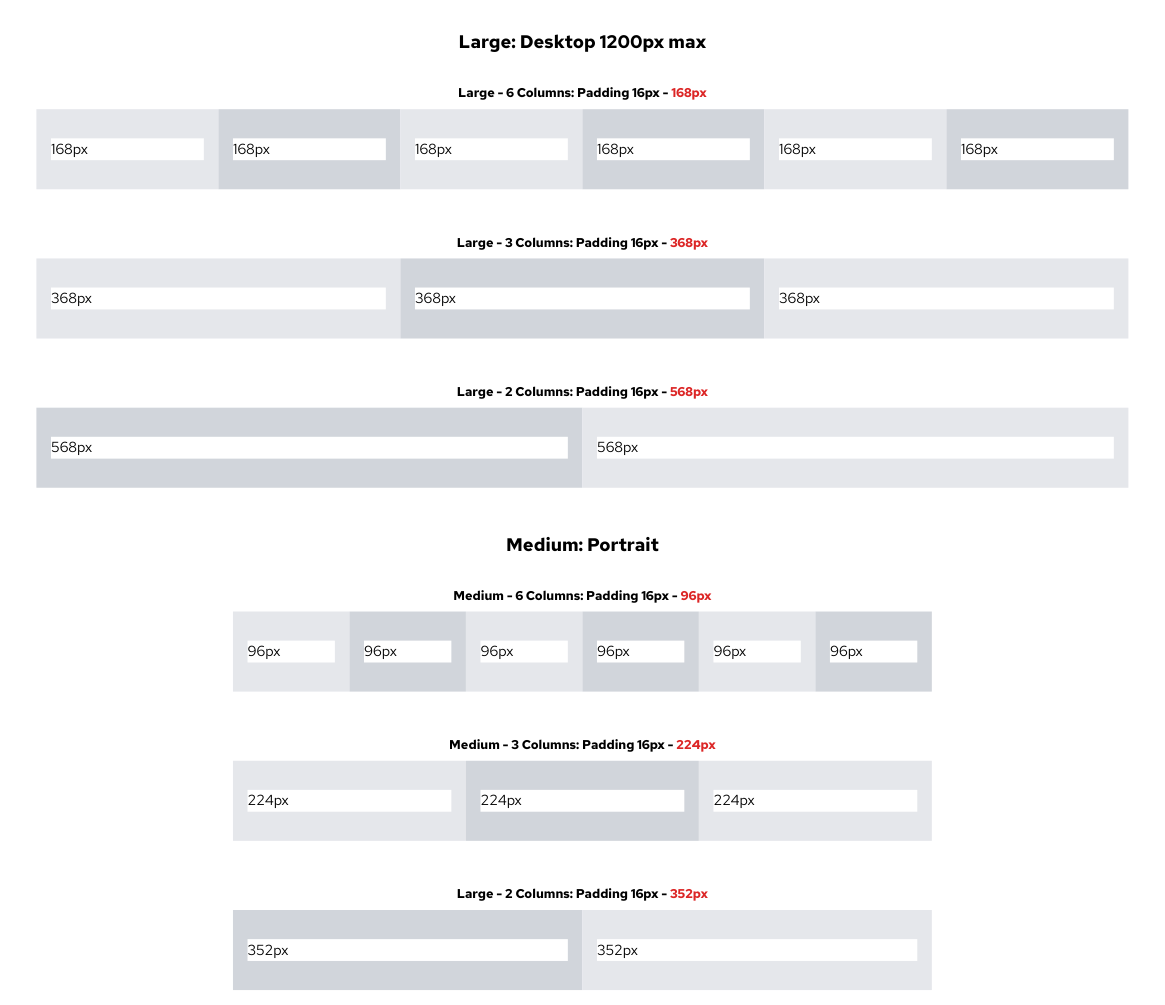
Repository: fabianwurk/vue-tailwind
Page: /
These files come from the project's save history. The page is drawn as it stood at one moment and after the next save; the edit follows.
The browser window is 1280 px wide. The pictures show the whole page, at 91% of full size.
The project was rebuilt for these pictures with package versions that can differ from the ones it lists, and the page was loaded fresh each time. Also part of the build but not shown: vite.config.js.

Above is the page before, as saved 2021-03-16 00:48:36.

After the next save:
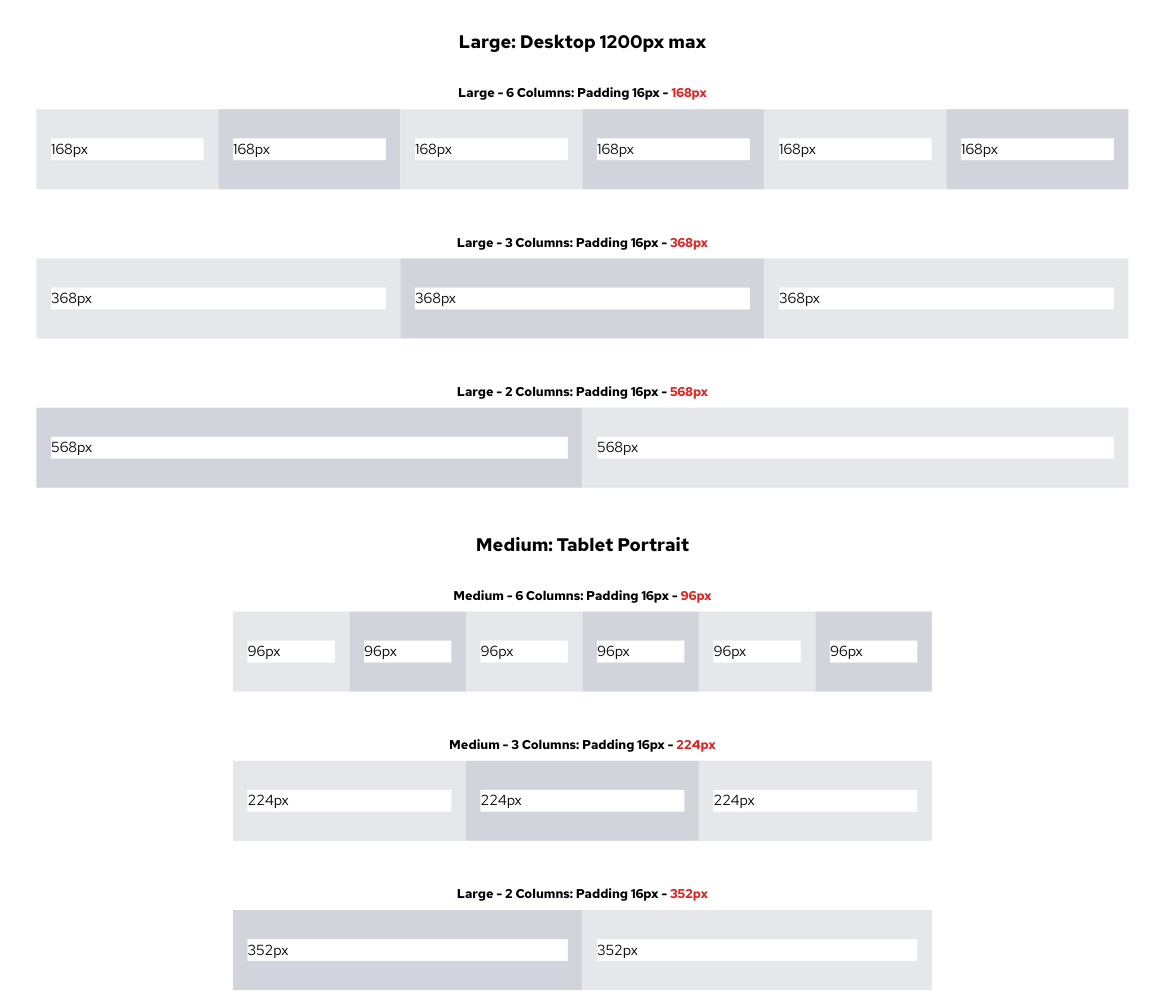
Saved 63 s later.
--- a/src/components/Medium.vue
+++ b/src/components/Medium.vue
@@ -1,6 +1,6 @@
 <template>
   <div>
-  <h1 class="text-xl font-bold mb-2 mt-8 text-center">Medium: Portrait</h1>
+  <h1 class="text-xl font-bold mb-2 mt-8 text-center">Medium: Tablet Portrait</h1>
   <div class="max-w-3xl mx-auto">
     <h2 class="text-sm font-bold mb-2 mt-8 text-center">Medium - 6 Columns: Padding 16px - <span class="text-red-600">{{ sixColMd }}</span></h2>
     <div class="flex items-center">
